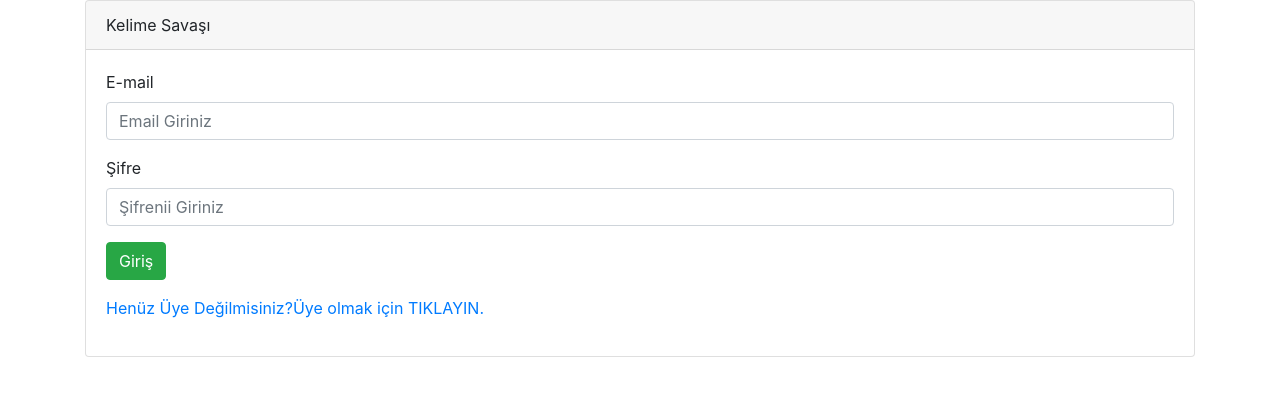
Repository: triapost/kelimeapp
Page: /login
An editor plug-in stored every save of this project. The page is shown before and after the next save, followed by the edit.
The browser window is 1280 px wide. The pictures show the whole page.
The project was rebuilt for these pictures with package versions that can differ from the ones it lists, and the page was loaded fresh each time. Also part of the build but not shown: src/pages/auth/Register.js, src/pages/home/Home.js.

Above is the page before, as saved 2020-09-15 22:29:54.

After the next save:
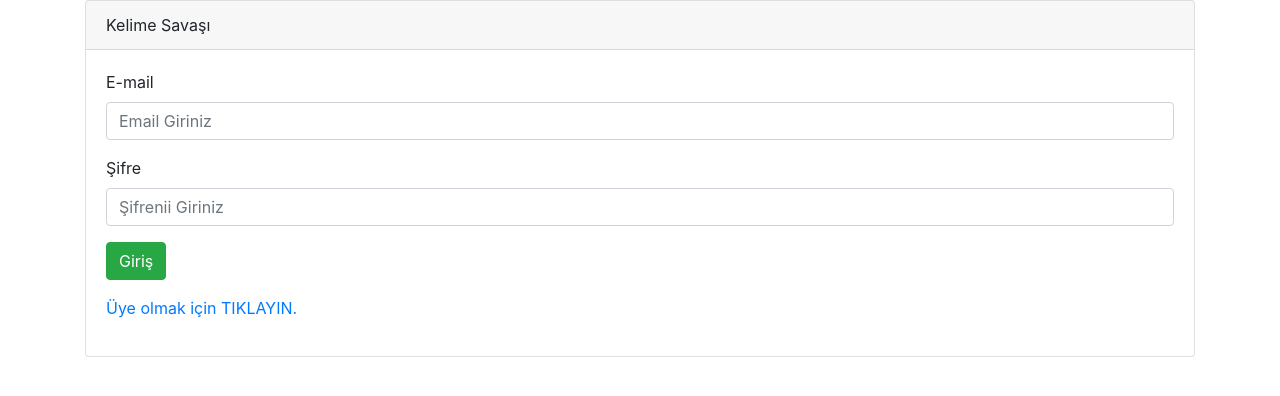
Saved 15 s later.
--- a/src/pages/auth/Login.js
+++ b/src/pages/auth/Login.js
@@ -34,7 +34,7 @@ const Login = () => {
             <div className="form-group">
               {" "}
               <Link to="/register">
-                Henüz Üye Değilmisiniz?Üye olmak için TIKLAYIN.
+                Üye olmak için TIKLAYIN.
               </Link>
             </div>
           </form>
